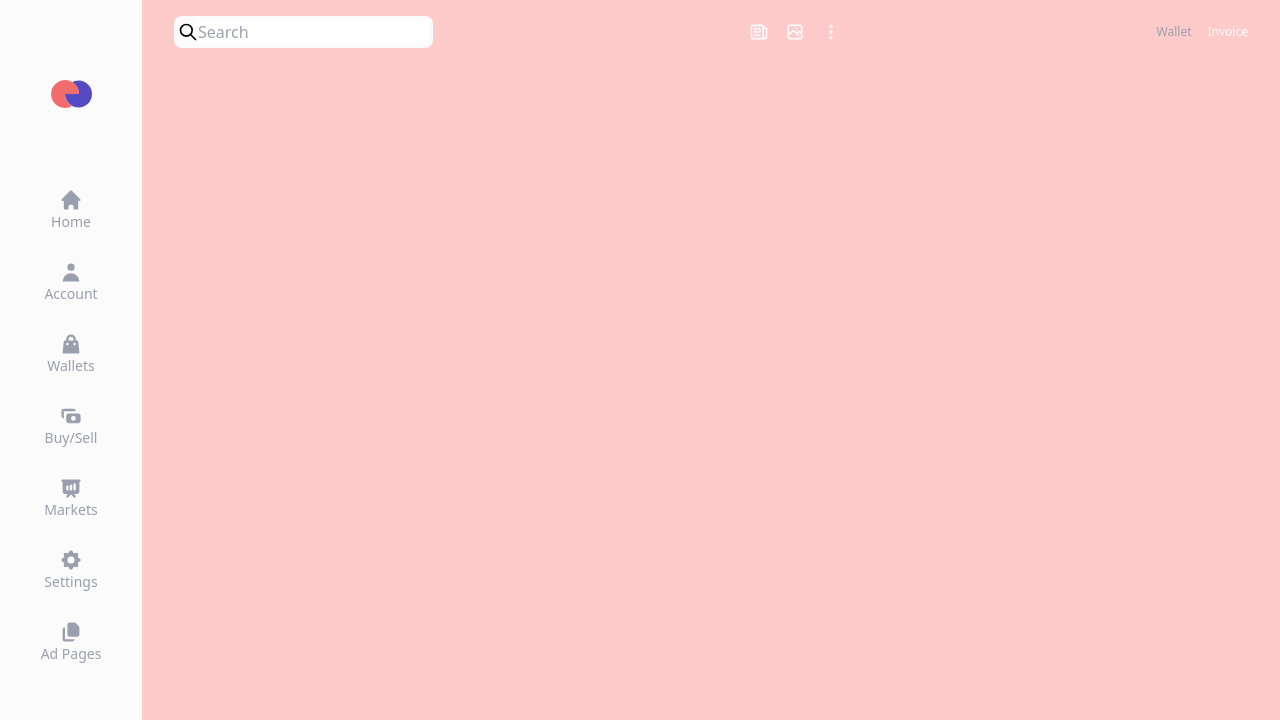
Repository: almaqdad55/crypto-app-nextjs
Page: /
The author's editor kept a copy of each file at every save. The page is drawn from the files as they stood at one save, then again after the next save.
The browser window is 1280 px wide. The pictures show the whole page.
The project was rebuilt for these pictures with package versions that can differ from the ones it lists, and the page was loaded fresh each time. The framework's server and built-in components were replaced by stand-ins that run in the browser.

Above is the page before, as saved 2022-01-04 20:12:51.

After the next save:
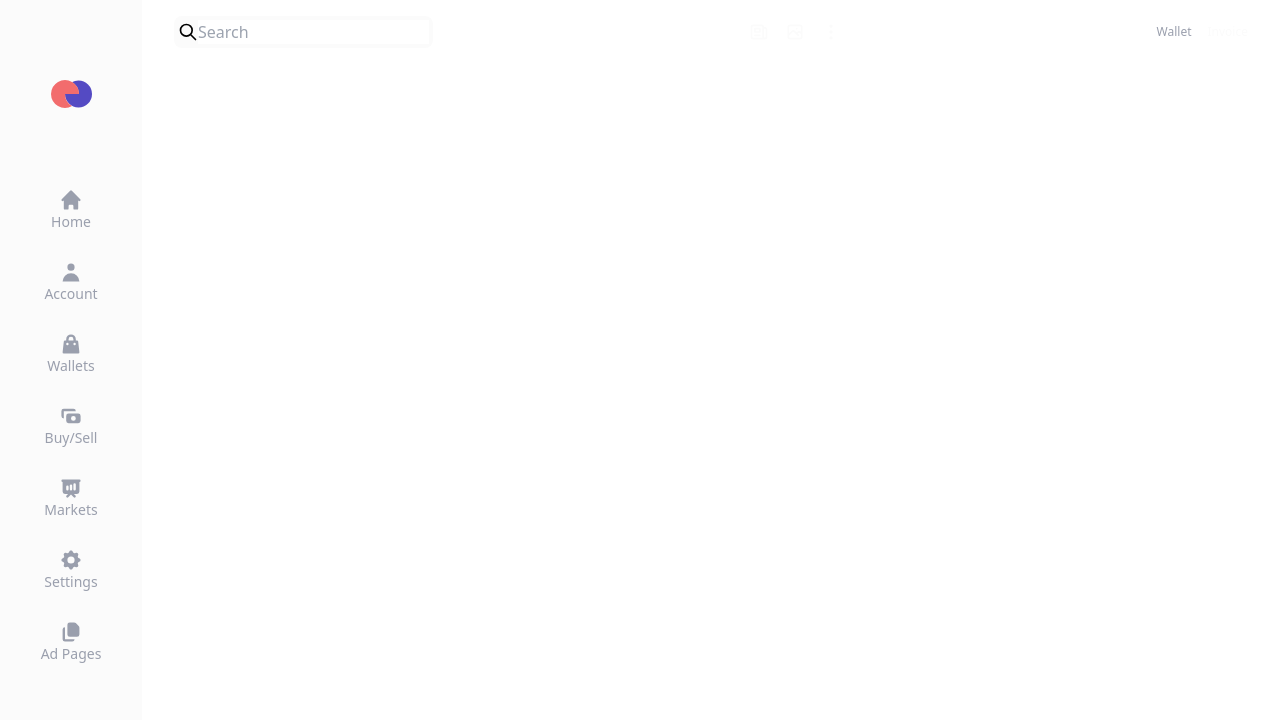
Saved 18 s later.
--- a/components/Feed.jsx
+++ b/components/Feed.jsx
@@ -8,7 +8,7 @@ import {
 // import { SearchIcon } from '@heroicons/react/solid';
 const Feed = () => {
   return (
-    <div className=" flex-grow  bg-red-200">
+    <div className=" flex-grow  bg-white">
       <div className="flex items-center  justify-between py-4 px-8">
         <div className="flex items-center bg-[#fbfbfb] rounded-lg p-1">
           <SearchIcon className="h-5" />
